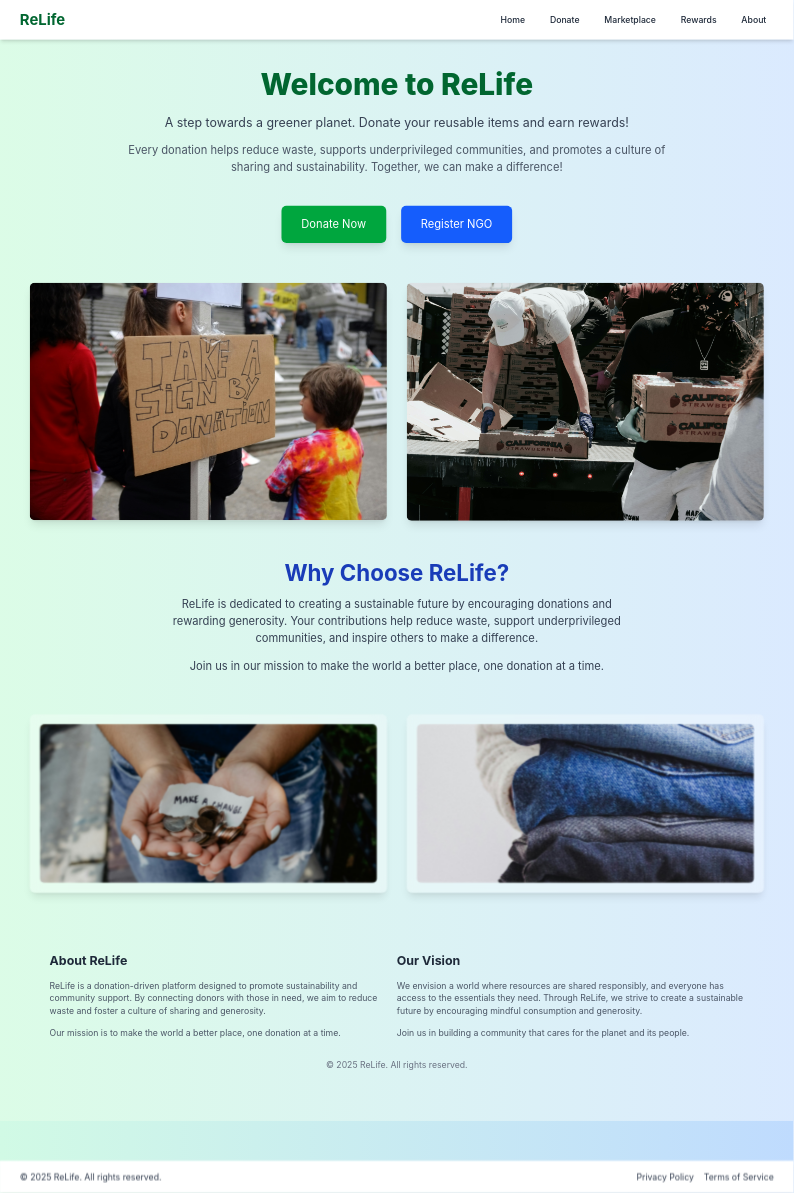
Repository: Harsh-verma24/edonation-drive
Page: / (app in frontend/)
An editor plug-in stored every save of this project. The page is shown before and after the next save, followed by the edit.
The browser window is 1280 px wide. The pictures show the whole page, at 62% of full size.
The project was rebuilt for these pictures with package versions that can differ from the ones it lists, and the page was loaded fresh each time. Also part of the build but not shown: frontend/vite.config.js, frontend/src/utils/axiosInstance.js, frontend/src/pages/Donate.jsx, frontend/src/pages/Rewards.jsx, frontend/src/pages/Marketplace.jsx, frontend/src/pages/About.jsx.

Above is the page before, as saved 2025-10-15 22:47:30.

After the next save:
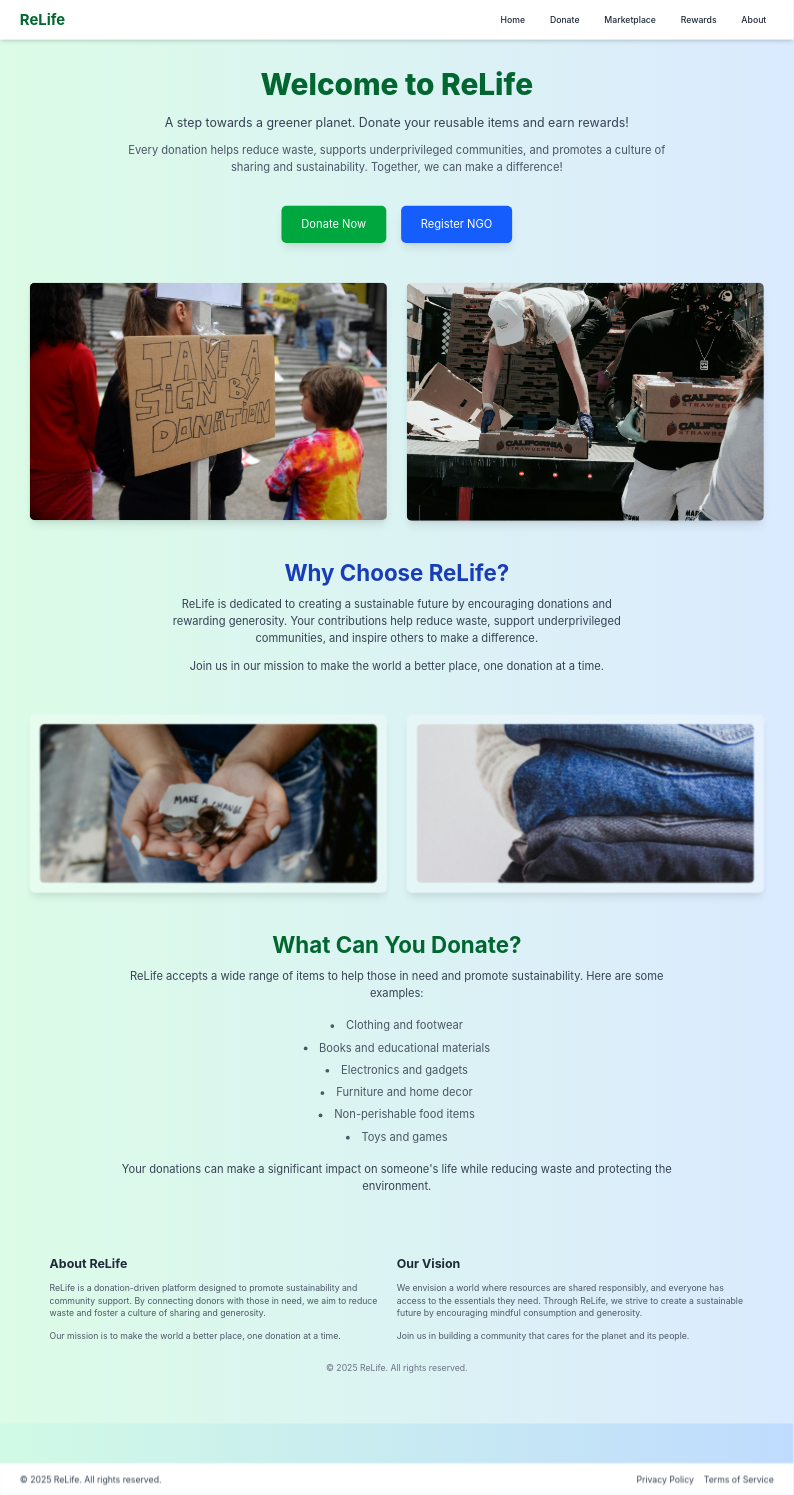
Saved 37 s later.
--- a/frontend/src/pages/Home.jsx
+++ b/frontend/src/pages/Home.jsx
@@ -55,6 +55,19 @@ const Home = () => {
           />
         </div>
       </div>
+      <div className="mt-16 text-center max-w-4xl mx-auto">
+        <h2 className="text-4xl font-bold text-green-800">What Can You Donate?</h2>
+        <p className="mt-4 text-gray-700 text-lg">ReLife accepts a wide range of items to help those in need and promote sustainability. Here are some examples:</p>
+        <ul className="mt-6 text-gray-600 text-lg list-disc list-inside space-y-2">
+          <li>Clothing and footwear</li>
+          <li>Books and educational materials</li>
+          <li>Electronics and gadgets</li>
+          <li>Furniture and home decor</li>
+          <li>Non-perishable food items</li>
+          <li>Toys and games</li>
+        </ul>
+        <p className="mt-6 text-gray-700 text-lg">Your donations can make a significant impact on someone's life while reducing waste and protecting the environment.</p>
+      </div>
       <footer className="text-gray-800 py-8 mt-16">
         <div className="max-w-6xl mx-auto px-4">
           <div className="flex flex-wrap justify-between">
